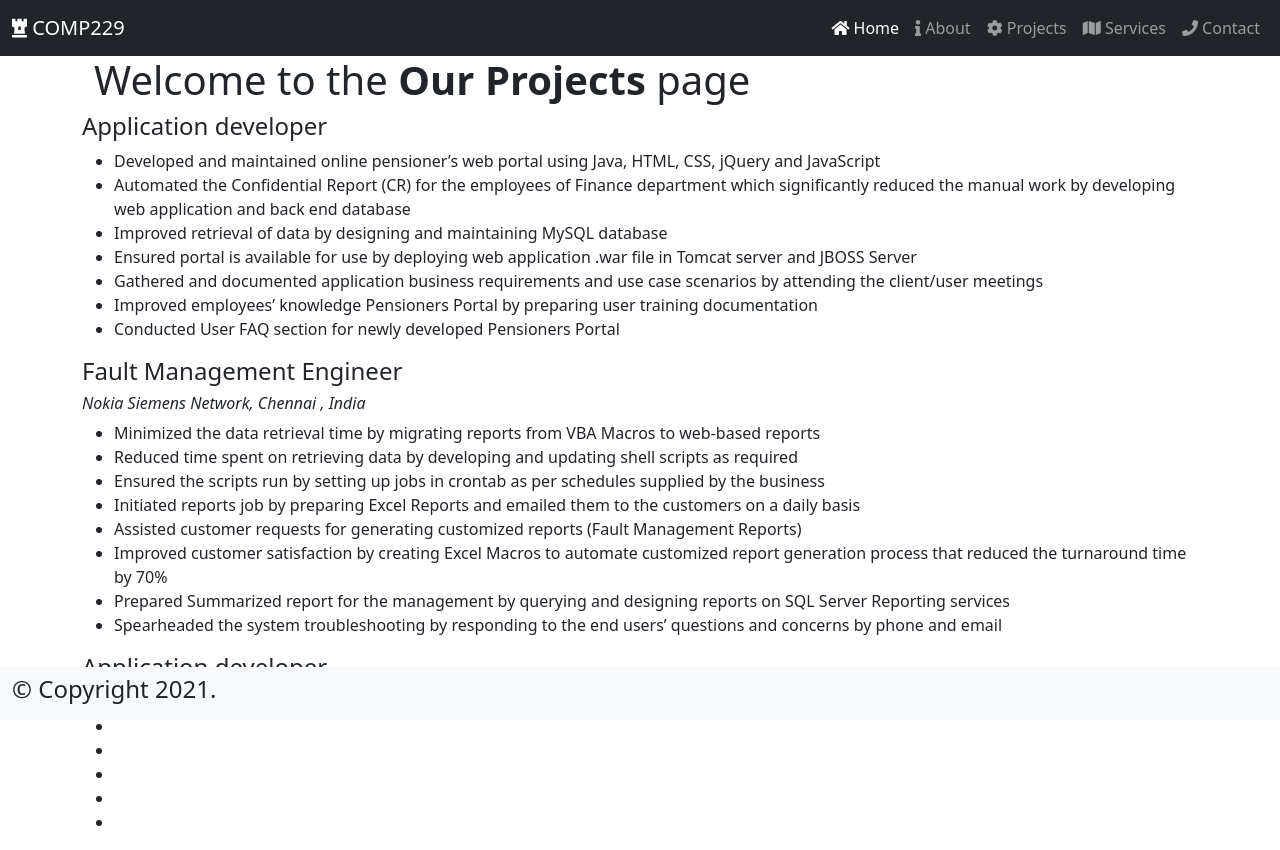
Repository: RevathyJK/Portfolio
Page: http://localhost/projects
An editor plug-in stored every save of this project. The page is shown before and after the next save, followed by the edit.
The browser window is 1280 px wide. The pictures show the whole page.
The page is served by the project's Node server (server.js).

Above is the page before, as saved 2021-09-27 23:17:51.

After the next save:
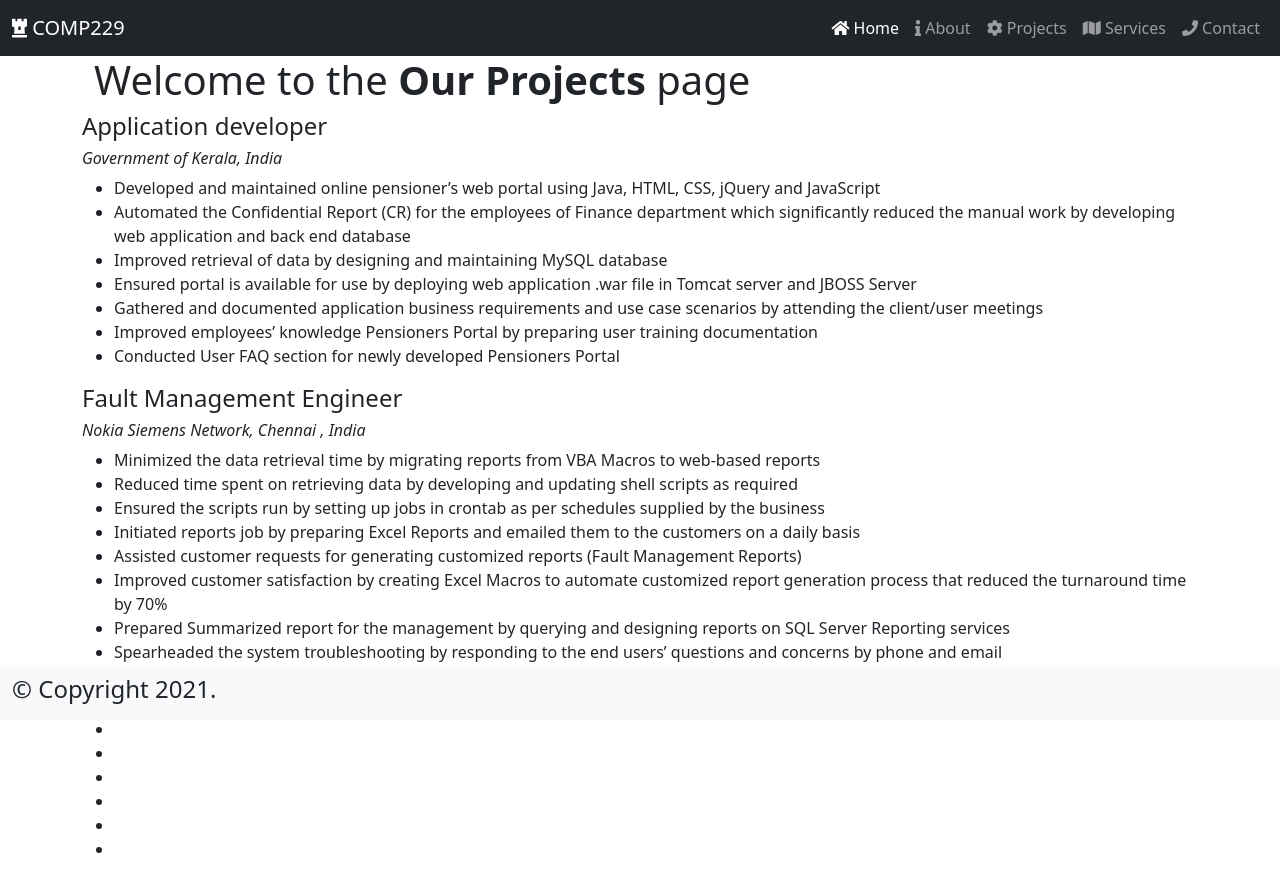
Saved 64 s later.
--- a/Server/Views/content/projects.ejs
+++ b/Server/Views/content/projects.ejs
@@ -5,6 +5,7 @@
 <div>
 <tr>
         <h4>Application developer</h4>
+        <h6><i>Government of Kerala, India</i></h6>
         <ul>
                 <li>Developed and maintained online pensioner’s web portal using Java, HTML, CSS, jQuery and JavaScript </li>
 		<li>Automated the Confidential Report (CR) for the employees of Finance department which significantly reduced the manual work by developing web application and back end database  </li>
